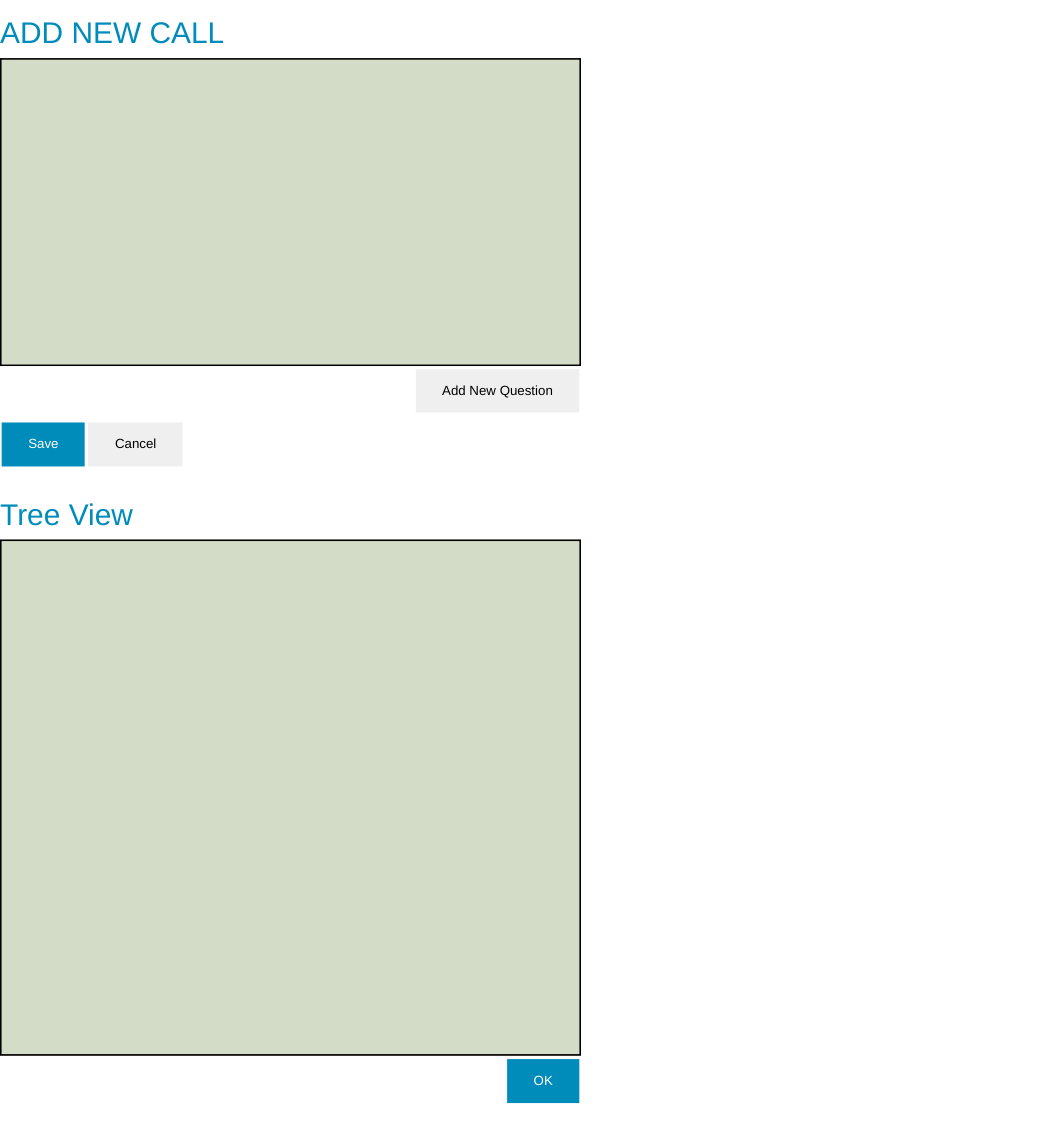
Repository: useforprashant/assignment
Page: http://localhost/springProject/home
An editor plug-in stored every save of this project. The page is shown before and after the next save, followed by the edit.
The browser window is 1280 px wide. The pictures show the whole page, at 83% of full size.
Some web libraries are served in a nearby version. The page is served by Tomcat 9.

Above is the page before, as saved 2017-08-17 07:37:59.

After the next save:
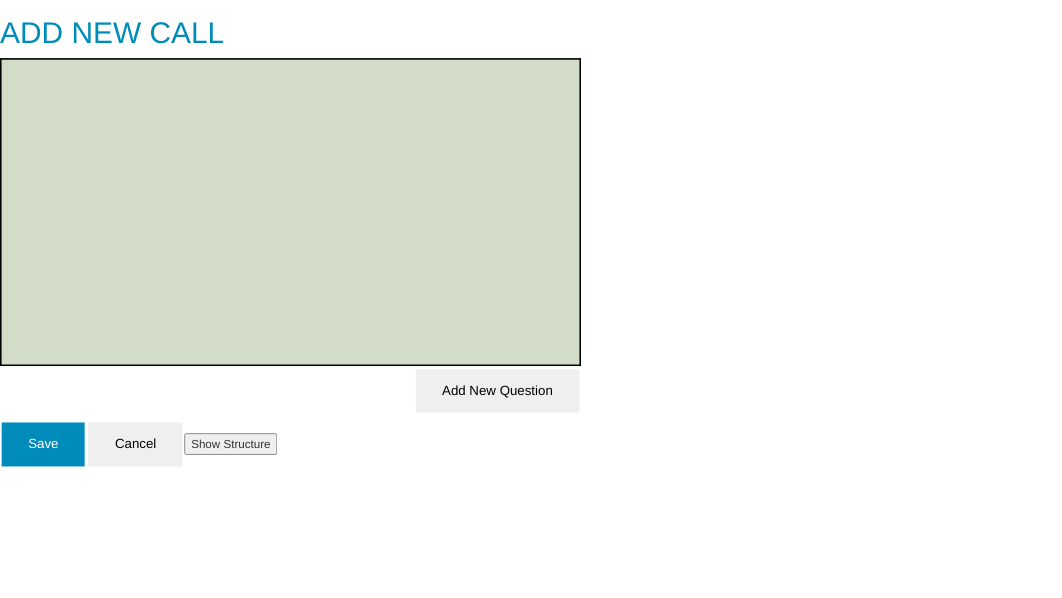
Saved 17 s later.
--- a/AugustDemo/springProject/src/main/webapp/WEB-INF/pages/home.jsp
+++ b/AugustDemo/springProject/src/main/webapp/WEB-INF/pages/home.jsp
@@ -16,8 +16,8 @@ var count =1;
 
 $(document).ready(function() {
 
-	$('#showTree').hide();
-
+
+	$('#treeView').hide();
 
 	  $('.button_add_new_ques').click(function() {
 		  $('#inner-rightTree').empty();
